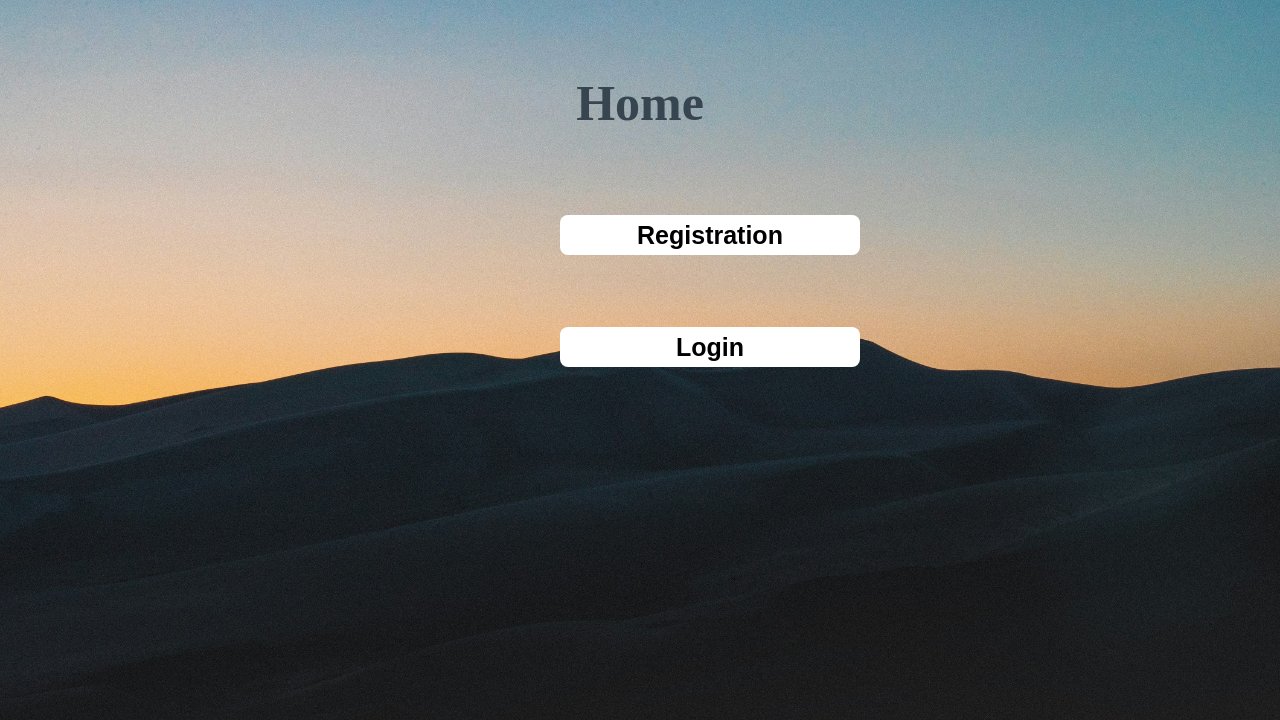
Repository: aboli-vyas/Servlet_Projects
Page: http://localhost/Sevlet_Project/
An editor plug-in stored every save of this project. The page is shown before and after the next save, followed by the edit.
The browser window is 1280 px wide. The pictures show the whole page.
The page is served by Tomcat 9.

Above is the page before, as saved 2025-06-09 16:06:23.

After the next save:
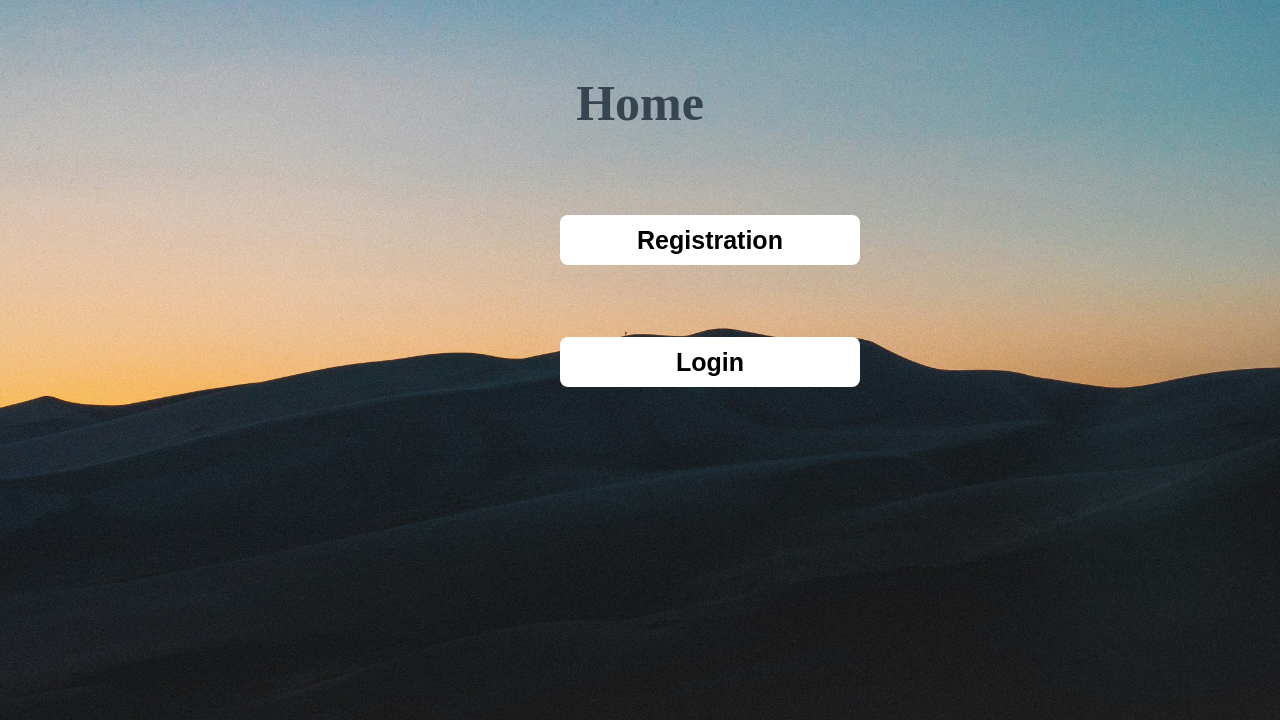
Saved 16 s later.
--- a/Sevlet_Project/src/main/webapp/style3.css
+++ b/Sevlet_Project/src/main/webapp/style3.css
@@ -17,7 +17,7 @@ h1{
 }
 button{
 	width:300px;
-	height: 40px;
+	height: 50px;
 	margin-top: 50px;
 	margin-left: 520px;
 	background: white ;
